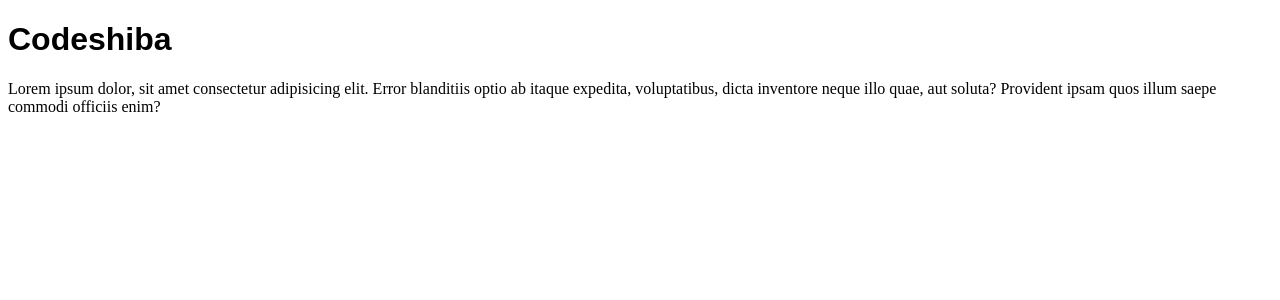
Repository: nanfengovo/CSS
Page: indexfont.html
The author's editor kept a copy of each file at every save. The page is drawn from the files as they stood at one save, then again after the next save.
The browser window is 1280 px wide. The pictures show the whole page.

Above is the page before, as saved 2024-12-31 23:04:05.

### indexfont.html
<!DOCTYPE html>
<html lang="en">
<head>
    <meta charset="UTF-8">
    <meta name="viewport" content="width=device-width, initial-scale=1.0">
    <title>CSS字体介绍</title>
    <style>
        h1{
            font-family: cursive, sans-serif;
        }
    </style>
</head>
<body>
    <h1>Codeshiba</h1>
    <p>Lorem ipsum dolor, sit amet consectetur adipisicing elit. Error blanditiis optio ab itaque expedita, voluptatibus, dicta inventore neque illo quae, aut soluta? Provident ipsam quos illum saepe commodi officiis enim?</p>
</body>
</html>

After the next save:
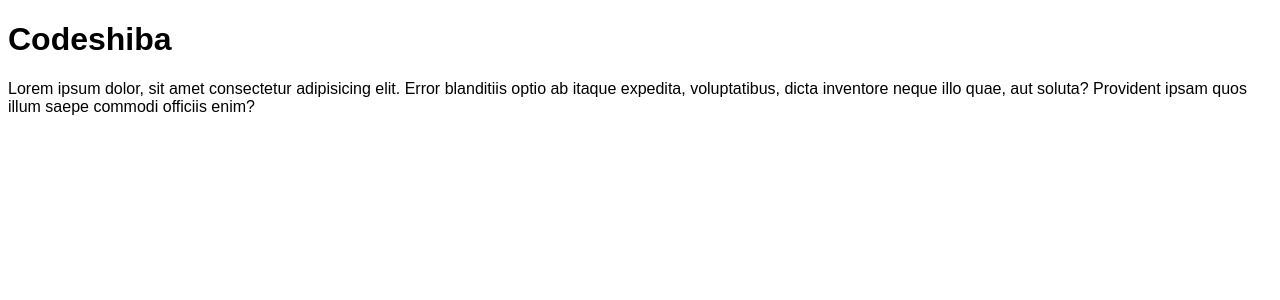
Saved 21 s later.
--- a/indexfont.html
+++ b/indexfont.html
@@ -8,6 +8,9 @@
         h1{
             font-family: cursive, sans-serif;
         }
+        p{
+            font-family: cursive, sans-serif;
+        }
     </style>
 </head>
 <body>
